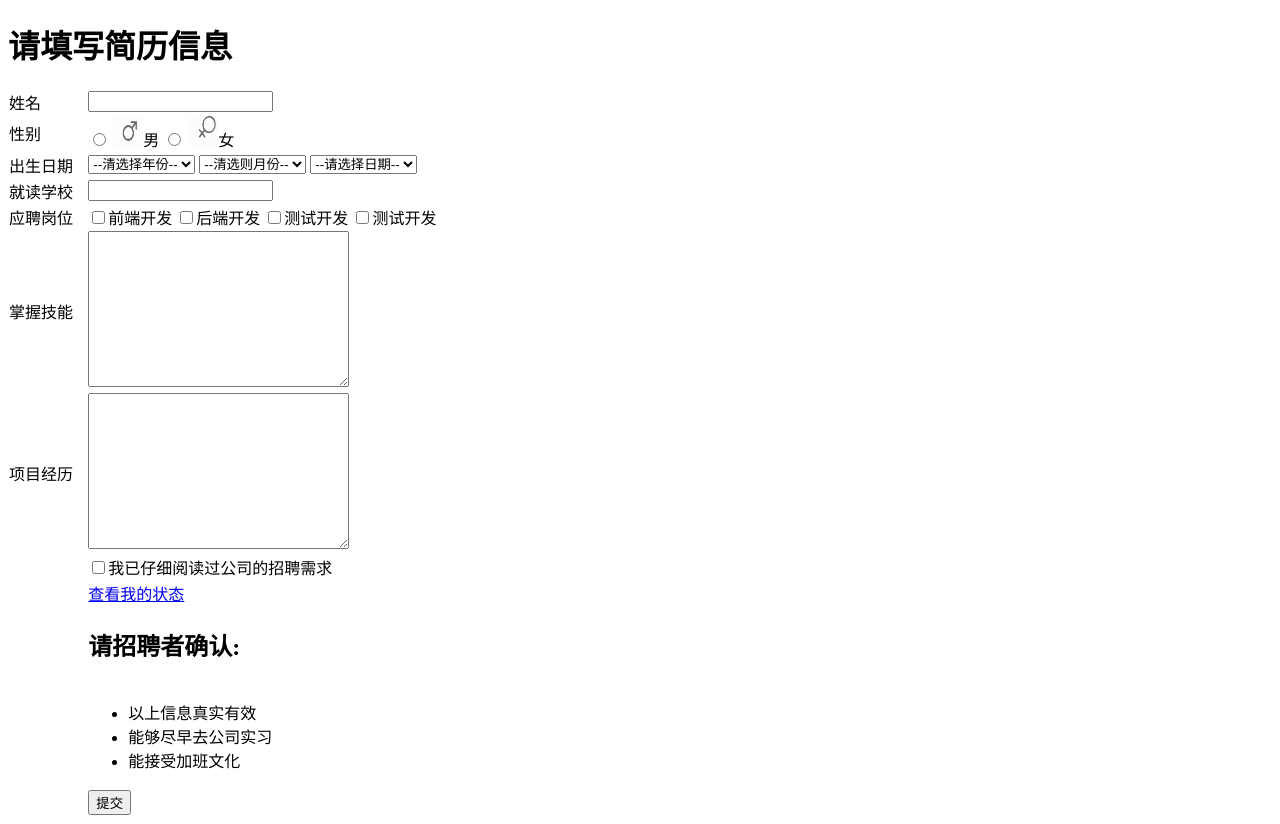
Repository: ls02/VSCode
Page: Java/2022/6-29-1/Test2.html
An editor plug-in stored every save of this project. The page is shown before and after the next save, followed by the edit.
The browser window is 1280 px wide. The pictures show the whole page.

Above is the page before, as saved 2022-06-30 16:19:51.

After the next save:
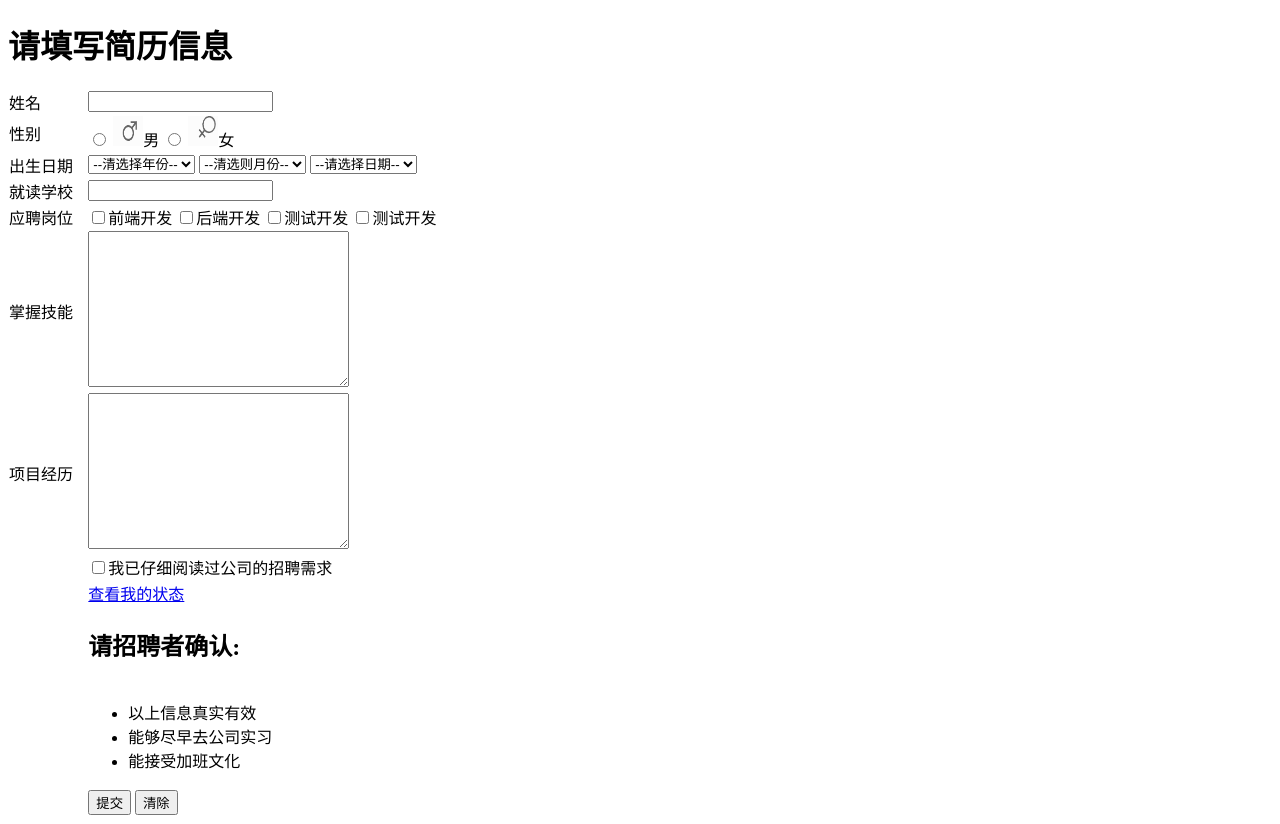
Saved 18 s later.
--- a/Java/2022/6-29-1/Test2.html
+++ b/Java/2022/6-29-1/Test2.html
@@ -175,6 +175,7 @@
             <td></td>
             <td>
                 <input type="button" value="提交" onclick="alert('提交成功');">
+                <input type="button" value="清除">
             </td>
         </tr>
     </table>

After the save that followed:
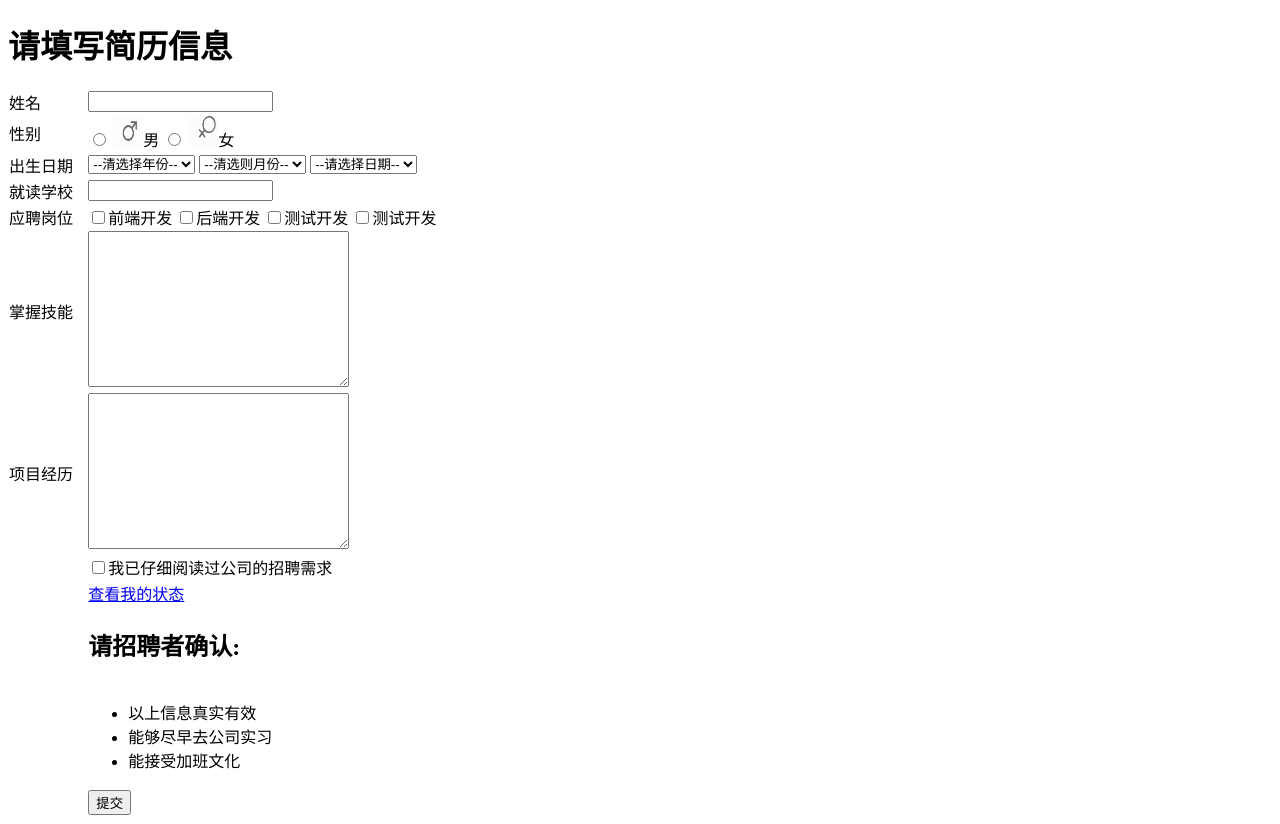
Saved 41 s later.
--- a/Java/2022/6-29-1/Test2.html
+++ b/Java/2022/6-29-1/Test2.html
@@ -2,7 +2,7 @@
  * @Author: ls02 <2877455773@qq.com>
  * @Date: 2022-06-30 15:38:36
  * @LastEditors: ls02 <2877455773@qq.com>
- * @LastEditTime: 2022-06-30 16:19:43
+ * @LastEditTime: 2022-06-30 16:20:50
  * @FilePath: \Java\2022\6-29-1\Test2.html
  * @Description:
  *
@@ -175,7 +175,6 @@
             <td></td>
             <td>
                 <input type="button" value="提交" onclick="alert('提交成功');">
-                <input type="button" value="清除">
             </td>
         </tr>
     </table>
